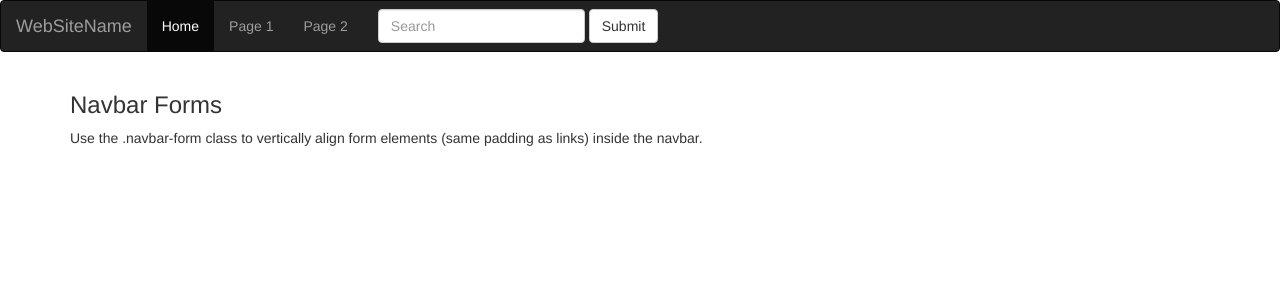
Repository: ganz-95/Denuvo-final
Page: http://localhost/restaurant/
The author's editor kept a copy of each file at every save. The page is drawn from the files as they stood at one save, then again after the next save.
The browser window is 1280 px wide. The pictures show the whole page.
Some web libraries are served in a nearby version. The page is served by Tomcat 9.

Above is the page before, as saved 2017-01-23 16:27:33.

### workspace/restaurant/src/main/webapp/index.jsp
<!DOCTYPE html>
<html lang="en">
<head>
  <title>Bootstrap Example</title>
  <meta charset="utf-8">
  <meta name="viewport" content="width=device-width, initial-scale=1">
  <link rel="stylesheet" href="https://maxcdn.bootstrapcdn.com/bootstrap/3.3.7/css/bootstrap.min.css">
  <script src="https://ajax.googleapis.com/ajax/libs/jquery/3.1.1/jquery.min.js"></script>
  <script src="https://maxcdn.bootstrapcdn.com/bootstrap/3.3.7/js/bootstrap.min.js"></script>
</head>
<body>

<nav class="navbar navbar-inverse">
  <div class="container-fluid">
    <div class="navbar-header">
      <a class="navbar-brand" href="#">WebSiteName</a>
    </div>
    <ul class="nav navbar-nav">
      <li class="active"><a href="#">Home</a></li>
      <li><a href="#">Page 1</a></li>
      <li><a href="#">Page 2</a></li>
    </ul>
    <form class="navbar-form navbar-left">
      <div class="form-group">
        <input type="text" class="form-control" placeholder="Search">
      </div>
      <button type="submit" class="btn btn-default">Submit</button>
    </form>
  </div>
</nav>

<div class="container">
  <h3>Navbar Forms</h3>
  <p>Use the .navbar-form class to vertically align form elements (same padding as links) inside the navbar.</p>
</div>

</body>
</html>

After the next save:
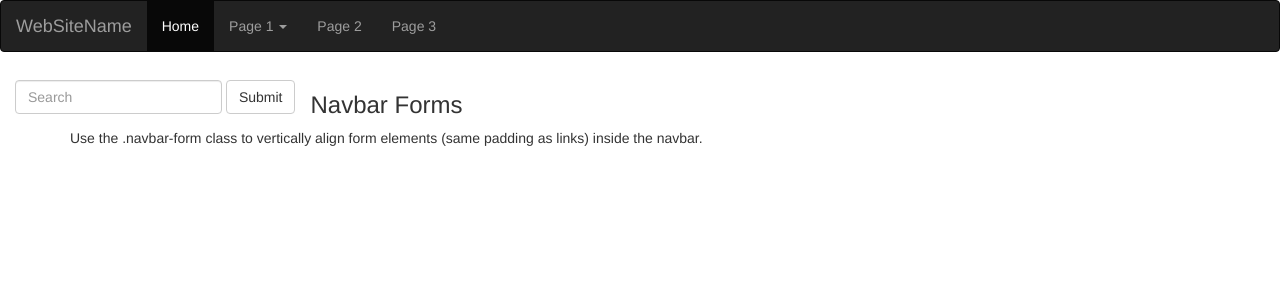
Saved 69 s later.
--- a/workspace/restaurant/src/main/webapp/index.jsp
+++ b/workspace/restaurant/src/main/webapp/index.jsp
@@ -17,9 +17,19 @@
     </div>
     <ul class="nav navbar-nav">
       <li class="active"><a href="#">Home</a></li>
-      <li><a href="#">Page 1</a></li>
+      <li class="dropdown"><a class="dropdown-toggle" data-toggle="dropdown" href="#">Page 1 <span class="caret"></span></a>
+        <ul class="dropdown-menu">
+          <li><a href="#">Page 1-1</a></li>
+          <li><a href="#">Page 1-2</a></li>
+          <li><a href="#">Page 1-3</a></li>
+        </ul>
+      </li>
       <li><a href="#">Page 2</a></li>
+      <li><a href="#">Page 3</a></li>
     </ul>
+  </div>
+</nav>
+
     <form class="navbar-form navbar-left">
       <div class="form-group">
         <input type="text" class="form-control" placeholder="Search">
